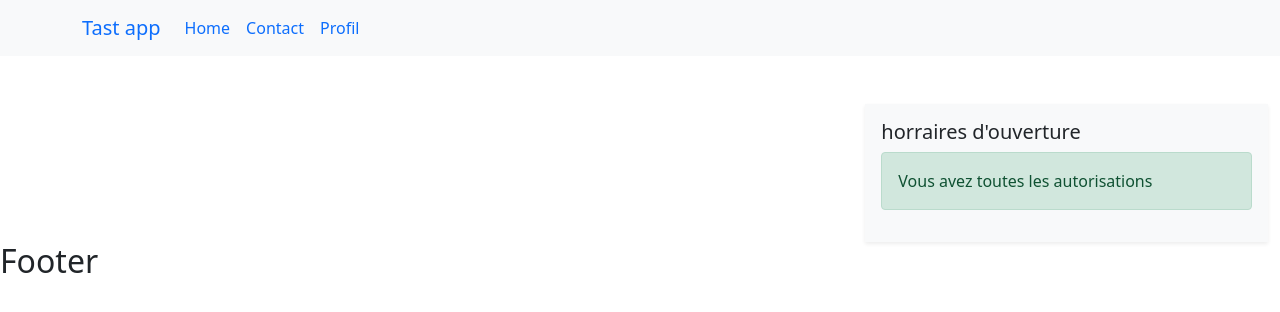
Repository: FS-23/php-getstarted
Page: http://localhost/
The author's editor kept a copy of each file at every save. The page is drawn from the files as they stood at one save, then again after the next save.
The browser window is 1280 px wide. The pictures show the whole page.
The page is run by PHP 8.4 with error messages shown; the project is at /var/www/html/.

Above is the page before, as saved 2022-05-28 12:29:29.

### demoAPP/index.php

<?php require_once './layouts/header.php' ?>
<?php
    $horraire = [
        "08:00 - 12:00",
        "12:30 - 18:00",
        "19:30 - 22:00"
    ];


    $user = "admin"

?>
<div class="row mx-0">
    <div class="col-8">

    </div>
    <div class="col-4 ">
        <div class="shadow-sm bg-light p-3 mt-5">
            <h5> horraires d'ouverture</h5>
            <div class="mt-2">
                   <?php foreach($horraire as $item):  ?>

                   <?php endforeach; ?>

                   <?php if($user == "admin") : ?>
                    <div class="alert alert-success"> Vous avez toutes les autorisations</div>

                   <?php else: ?>
                    <div class="alert alert-danger"> Vous n'avez pas les autorisations</div>
                   <?php endif ?>


                  <?php
                    // if($user == "admin")
                    //  echo '<div class="alert alert-success"> Vous avez toutes les autorisations</div>';
                    // else
                    //   echo '<div class="alert alert-danger"> Vous n\'avez pas les autorisations</div>';
                  ?>
            </div>
        </div>
    </div>
</div>

<?php require_once './layouts/footer.php' ?>

### demoAPP/layouts/header.php

<link rel="stylesheet" href="https://cdn.jsdelivr.net/npm/bootstrap@5.1.3/dist/css/bootstrap.min.css">
<nav class="navbar navbar-expand-lg bg-light">
  <div class="container">
    <button class="navbar-toggler" type="button" data-bs-toggle="collapse" data-bs-target="#navbarTogglerDemo01" aria-controls="navbarTogglerDemo01" aria-expanded="false" aria-label="Toggle navigation">
      <span class="navbar-toggler-icon"></span>
    </button>
    <div class="collapse navbar-collapse" id="navbarTogglerDemo01">
      <a class="navbar-brand" href="/">Tast app</a>
      <ul class="navbar-nav me-auto mb-2 mb-lg-0">
        <li class="nav-item">
          <a class="nav-link active" aria-current="page" href="/pages/home.php">Home</a>
        </li>
        <li class="nav-item">
          <a class="nav-link" href="/pages/contact.php">Contact</a>
        </li>
        <li class="nav-item">
          <a class="nav-link" href="/pages/profil.php">Profil</a>
        </li>
      </ul>

    </div>
  </div>
</nav>

### demoAPP/layouts/footer.php
<div>
    <h2>Footer</h2>
</div>
<script scr="https://cdn.jsdelivr.net/npm/bootstrap@5.1.3/dist/css/bootstrap.min.js"></script>

After the next save:
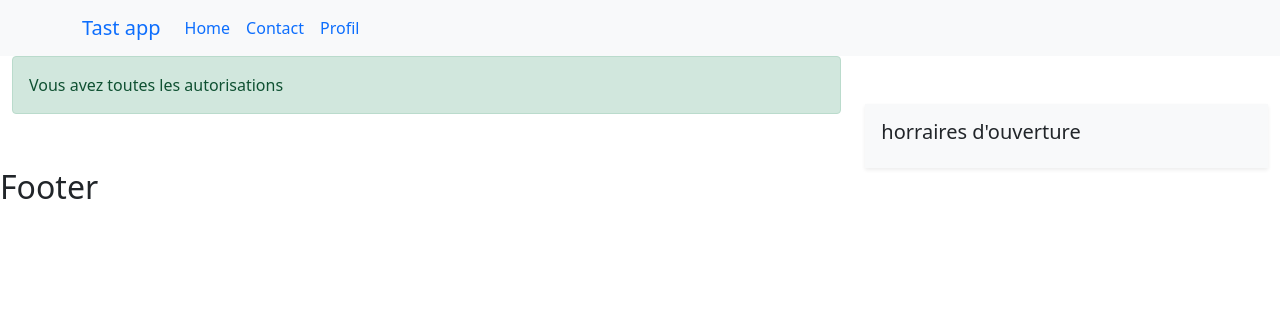
Saved 15 s later.
--- a/demoAPP/index.php
+++ b/demoAPP/index.php
@@ -13,7 +13,12 @@
 ?>
 <div class="row mx-0">
     <div class="col-8">
+                  <?php if($user == "admin") : ?>
+                    <div class="alert alert-success"> Vous avez toutes les autorisations</div>
 
+                   <?php else: ?>
+                    <div class="alert alert-danger"> Vous n'avez pas les autorisations</div>
+                   <?php endif ?>
     </div>
     <div class="col-4 ">
         <div class="shadow-sm bg-light p-3 mt-5">
@@ -23,12 +28,7 @@
 
                    <?php endforeach; ?>
 
-                   <?php if($user == "admin") : ?>
-                    <div class="alert alert-success"> Vous avez toutes les autorisations</div>
 
-                   <?php else: ?>
-                    <div class="alert alert-danger"> Vous n'avez pas les autorisations</div>
-                   <?php endif ?>
 
 
                   <?php
